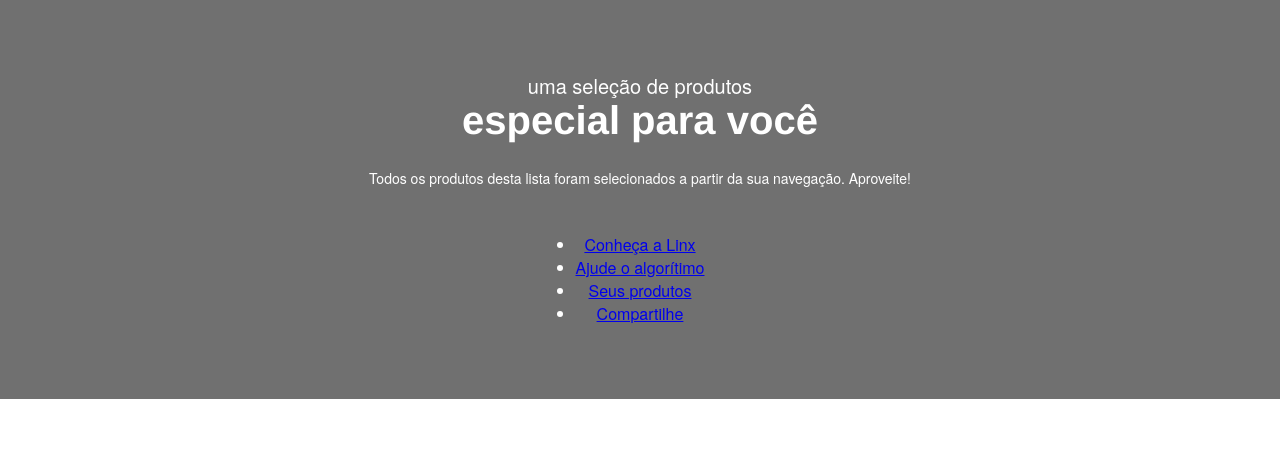
Repository: danielpellicano/front-end-developer-test-linx-2020
Page: index.html
The author's editor kept a copy of each file at every save. The page is drawn from the files as they stood at one save, then again after the next save.
The browser window is 1280 px wide. The pictures show the whole page.
Some web fonts or font styles are not loaded; a fallback is used.

Above is the page before, as saved 2020-09-01 12:14:52.

### index.html
<!DOCTYPE html>
<html lang="en">

<head>
    <meta charset="UTF-8">
    <meta name="viewport" content="width=device-width, initial-scale=1.0">
    <title>Linx Test Front End</title>
    <link rel="stylesheet" href="css/style.css">
    <link rel="stylesheet" href="css/responsive.css">
    <link rel="stylesheet" href="js/script.js">

</head>

<body>

    <!-- Header -->
    <header id="header">
        <div class="container">
            <h1>uma seleção de produtos</h1>
            <h2>especial para você</h2>
            <p>Todos os produtos desta lista foram selecionados a partir da sua navegação. Aproveite!</p>
            <!-- Main Menu -->
            <nav>
                <ul>
                    <li><a href="#">Conheça a Linx</a></li>
                    <li><a href="#">Ajude o algorítimo</a></li>
                    <li><a href="#">Seus produtos</a></li>
                    <li><a href="#">Compartilhe</a></li>
                </ul>
            </nav>
            <!-- .Main Menu -->
        </div>
    </header>
    <!-- .Header -->

</body>

</html>

### css/style.css
/* Import Fonts */

@font-face {
    font-family: 'Helvetica Neue';
    src: url('../fonts/HelveticaNeue.eot');
    src: url('../fonts/HelveticaNeue.eot?#iefix') format('embedded-opentype'), url('../fonts/HelveticaNeue.woff2') format('woff2'), url('../fonts/HelveticaNeue.woff') format('woff'), url('../fonts/HelveticaNeue.ttf') format('truetype');
    font-weight: normal;
    font-style: normal;
}

@font-face {
    font-family: 'Helvetica Neue Bold';
    src: url('../fonts/HelveticaNeue-Bold.eot');
    src: url('../fonts/HelveticaNeue-Bold.eot?#iefix') format('embedded-opentype'), url('../fonts/HelveticaNeue-Bold.woff2') format('woff2'), url('../fonts/HelveticaNeue-Bold.woff') format('woff'), url('../fonts/HelveticaNeue-Bold.ttf') format('truetype');
    font-weight: bold;
    font-style: normal;
}


/* css Reset */

html,
body,
div,
span,
iframe,
h1,
h2,
h3,
h4,
h5,
h6,
p,
blockquote,
pre,
a,
img,
strong,
b,
u,
i,
ul,
li,
fieldset,
form,
label,
legend,
table,
caption,
tbody,
tfoot,
thead,
tr,
th,
td,
article,
aside,
canvas,
details,
embed,
figure,
figcaption,
footer,
header,
hgroup,
menu,
nav,
output,
ruby,
section,
summary,
time,
mark,
audio,
video {
    margin: 0;
    padding: 0;
    border: 0;
    font-size: 100%;
    font: inherit;
    vertical-align: baseline;
}


/* CSS General */

body {
    font-family: 'Helvetica Neue';
}

.container {
    width: 100%;
    padding-right: 15px;
    padding-left: 15px;
    margin-right: auto;
    margin-left: auto;
}


/* Header */

#header {
    position: relative;
    min-height: 399px;
    background: #707070;
    display: flex;
    align-items: center;
    color: #fff;
}


/*#header:after {
    content: '';
    background: #707070;
    width: 100%;
    height: 100%;
    position: absolute;
    height: 399px;
}*/

#header .container {
    display: flex;
    flex-direction: column;
    align-items: center;
    justify-content: center;
    height: 100%;
    text-align: center;
}

#header h1 {
    font-size: 20px;
    line-height: 24px;
    margin-bottom: 0;
}

#header h2 {
    font-size: 40px;
    font-weight: bold;
    margin-bottom: 25px;
}

#header p {
    font-size: 14px;
    margin-bottom: 45px;
}

### css/responsive.css
@media (min-width: 576px) {
    .container {
        max-width: 540px;
    }
}

@media (min-width: 768px) {
    .container {
        max-width: 720px;
    }
}

@media (min-width: 992px) {
    .container {
        max-width: 960px;
    }
}

@media (min-width: 1200px) {
    .container {
        max-width: 1140px;
    }
}

Loaded but not shown: js/script.js (no stored copy; drawn as an empty file)

After the next save:
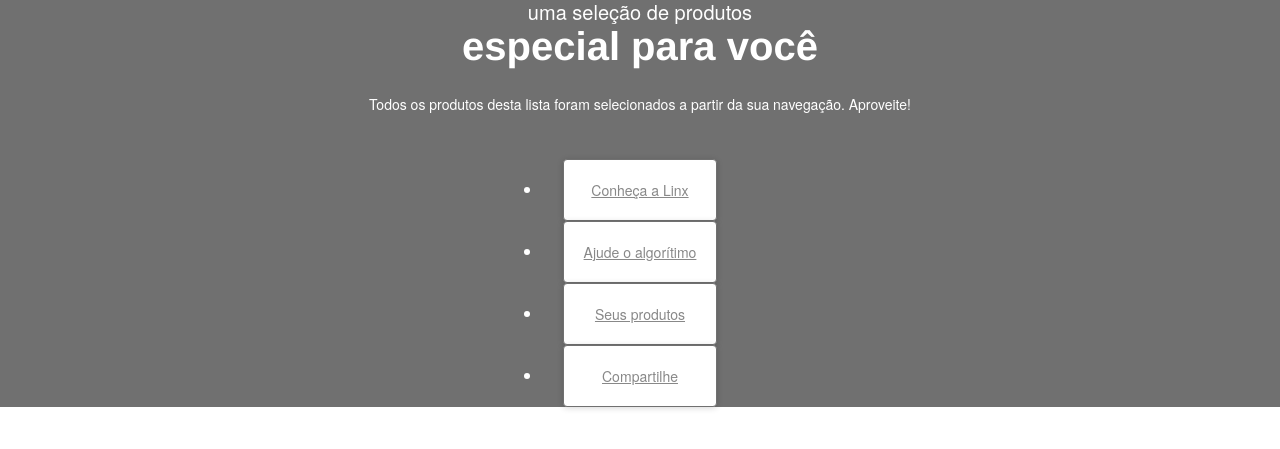
Saved 2 min 5 s later.
--- a/css/style.css
+++ b/css/style.css
@@ -143,3 +143,16 @@ body {
     font-size: 14px;
     margin-bottom: 45px;
 }
+
+#header nav ul li a {
+    display: block;
+    padding: 20px;
+    background: #fff;
+    margin: 0 20px;
+    border-radius: 4px;
+    border: 1px solid #707070;
+    -webkit-box-shadow: 0px 1px 6px 0px rgba(0, 0, 0, 0.16);
+    box-shadow: 0px 1px 6px 0px rgba(0, 0, 0, 0.16);
+    font-size: 14px;
+    color: #888888 !important;
+}
